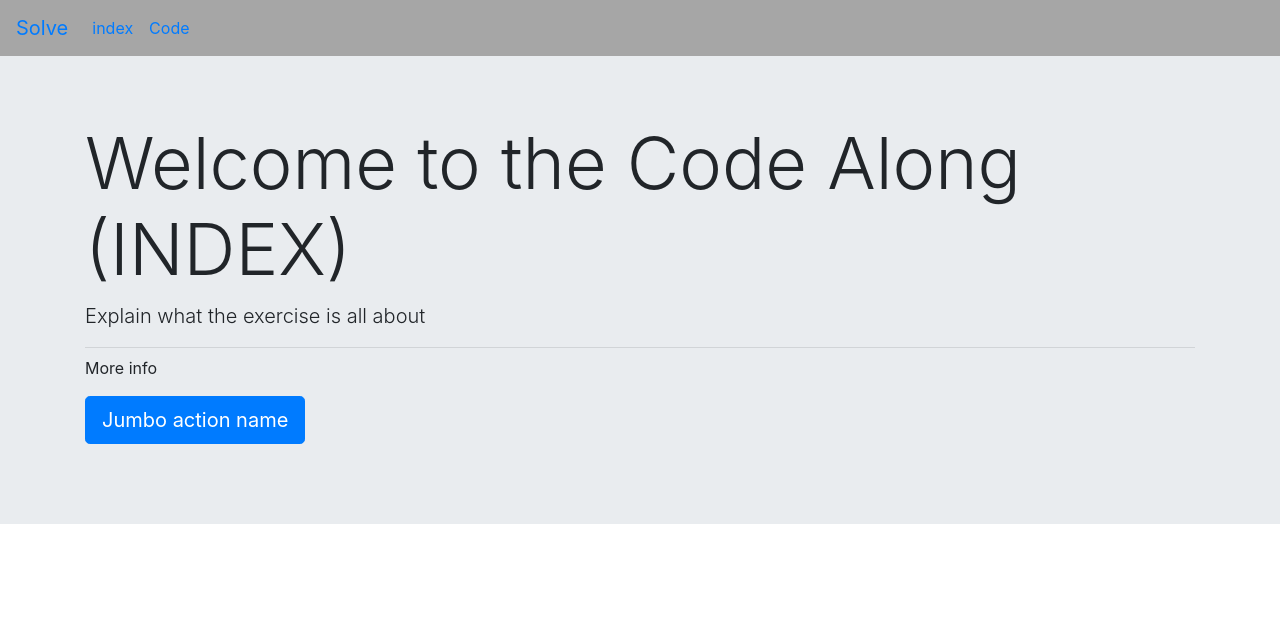
Repository: zhadjah9559/TacocatGrammar
Page: solve.html
An editor plug-in stored every save of this project. The page is shown before and after a run of saves, followed by the edit.
The browser window is 1280 px wide. The pictures show the whole page.

Above is the page before, as saved 2021-01-11 15:48:04.

### solve.html
<!doctype html>
<html lang="en">
  <head>
    <title>Solve</title>
    <!-- Required meta tags -->
    <meta charset="utf-8">
    <meta name="viewport" content="width=device-width, initial-scale=1, shrink-to-fit=no">

    <!-- Bootstrap CSS -->
    <link rel="stylesheet" href="https://stackpath.bootstrapcdn.com/bootstrap/4.3.1/css/bootstrap.min.css" integrity="sha384-ggOyR0iXCbMQv3Xipma34MD+dH/1fQ784/j6cY/iJTQUOhcWr7x9JvoRxT2MZw1T" crossorigin="anonymous">
  </head>
  <body>


    <nav class="navbar navbar-expand-sm" style="background-color: #A6A6A6;">
        <a class="navbar-brand" href="#">Solve</a>
        <button class="navbar-toggler d-lg-none" type="button" data-toggle="collapse" data-target="#collapsibleNavId" aria-controls="collapsibleNavId"
            aria-expanded="false" aria-label="Toggle navigation"></button>
        <div class="collapse navbar-collapse" id="collapsibleNavId">
            <ul class="navbar-nav mr-auto mt-2 mt-lg-0">
                <li class="nav-item active">
                    <a class="nav-link" href="index.html">index <span class="sr-only">(current)</span></a>
                </li>
                <li class="nav-item">
                    <a class="nav-link" href="code.html">Code</a>
                </li>
            </ul>
        </div>
    </nav>


    <div class="jumbotron jumbotron-fluid">
        <div class="container">
            <h1 class="display-3">Welcome to the Code Along (INDEX)</h1>
            <p class="lead">Explain what the exercise is all about</p>
            <hr class="my-2">
            <p>More info</p>
            <p class="lead">
                <a class="btn btn-primary btn-lg" href="Jumbo action link" role="button">Jumbo action name</a>
            </p>
        </div>
    </div>


    <!-- Optional JavaScript -->
    <!-- jQuery first, then Popper.js, then Bootstrap JS -->
    <script src="https://code.jquery.com/jquery-3.3.1.slim.min.js" integrity="sha384-q8i/X+965DzO0rT7abK41JStQIAqVgRVzpbzo5smXKp4YfRvH+8abtTE1Pi6jizo" crossorigin="anonymous"></script>
    <script src="https://cdnjs.cloudflare.com/ajax/libs/popper.js/1.14.7/umd/popper.min.js" integrity="sha384-UO2eT0CpHqdSJQ6hJty5KVphtPhzWj9WO1clHTMGa3JDZwrnQq4sF86dIHNDz0W1" crossorigin="anonymous"></script>
    <script src="https://stackpath.bootstrapcdn.com/bootstrap/4.3.1/js/bootstrap.min.js" integrity="sha384-JjSmVgyd0p3pXB1rRibZUAYoIIy6OrQ6VrjIEaFf/nJGzIxFDsf4x0xIM+B07jRM" crossorigin="anonymous"></script>
  </body>
</html>

After the next 2 saves:
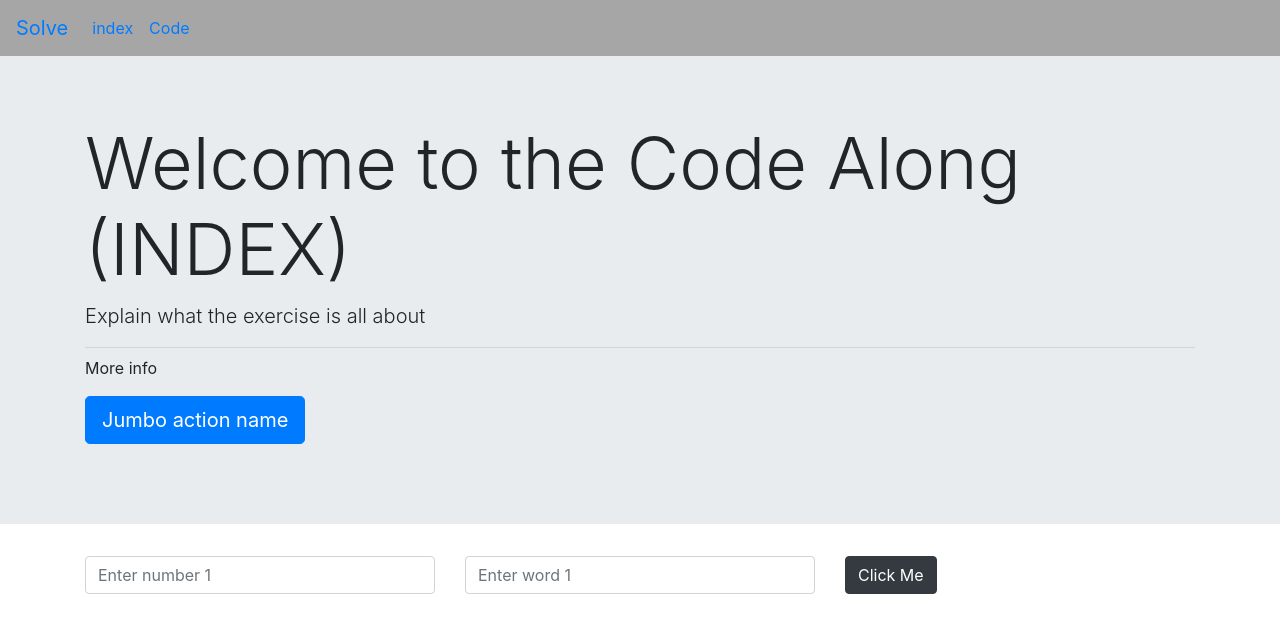
The 2 saves are shown as one change because they came seconds apart.
The last was saved 7 h 36 min later.
--- a/solve.html
+++ b/solve.html
@@ -41,6 +41,38 @@
         </div>
     </div>
 
+    <div class="container">
+        <div class="row">
+            <!--col 1 is input-->
+            <div class="col">
+                <input id="input1" type="text" class="form-control" placeholder="Enter number 1">
+            </div>
+
+            <!--col 2 is input-->
+            <div class="col">
+                <input id="input2" type="text" class="form-control" placeholder="Enter word 1">
+            </div>
+
+            <!--col 3 is a button-->
+            <!--but is what we'll use to iplement listner-->
+            <div class="col">
+                <button id="btnDemo" class="btn btn-dark">Click Me</button>
+            </div>
+        </div>
+
+        <!--Class equals row for the output-->
+        <div class="row">
+            <div class="col">
+                <p id="output1"></p>
+            </div>
+            <div class="col">
+                <p id="output2"></p>
+            </div>
+        </div>
+    </div>
+
+
+
 
     <!-- Optional JavaScript -->
     <!-- jQuery first, then Popper.js, then Bootstrap JS -->
